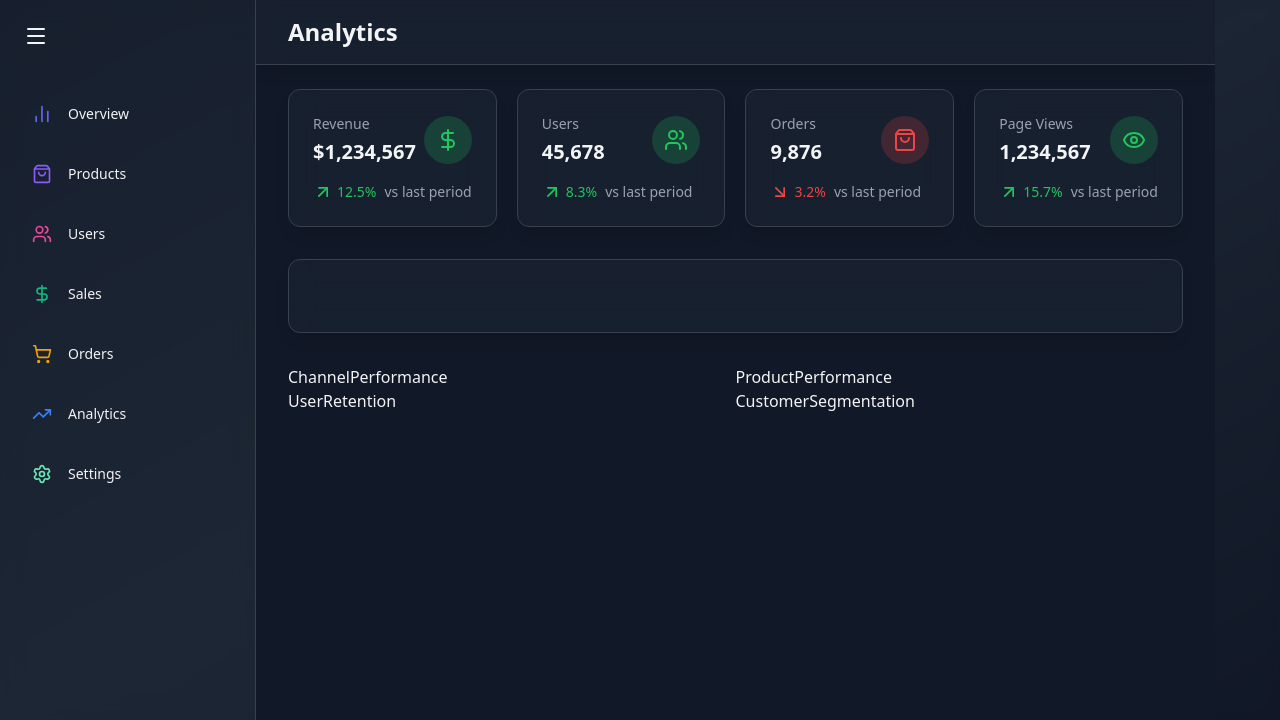
Repository: Abdirabi11/React-dashboard
Page: /analytics
An editor plug-in stored every save of this project. The page is shown before and after the next save, followed by the edit.
The browser window is 1280 px wide. The pictures show the whole page.
The project was rebuilt for these pictures with package versions that can differ from the ones it lists, and the page was loaded fresh each time. Also part of the build but not shown: vite.config.js, src/components/common/StatCard.jsx, src/components/overview/SalesOverviewChart.jsx, src/components/overview/CategoryDistributionChart.jsx, src/components/overview/SalesChannelChart.jsx, src/pages/OverviewPage.jsx, src/components/products/SalesTrendChart.jsx, src/components/products/ProductsTable.jsx and 15 more.

Above is the page before, as saved 2025-07-19 11:21:43.

After the next save:
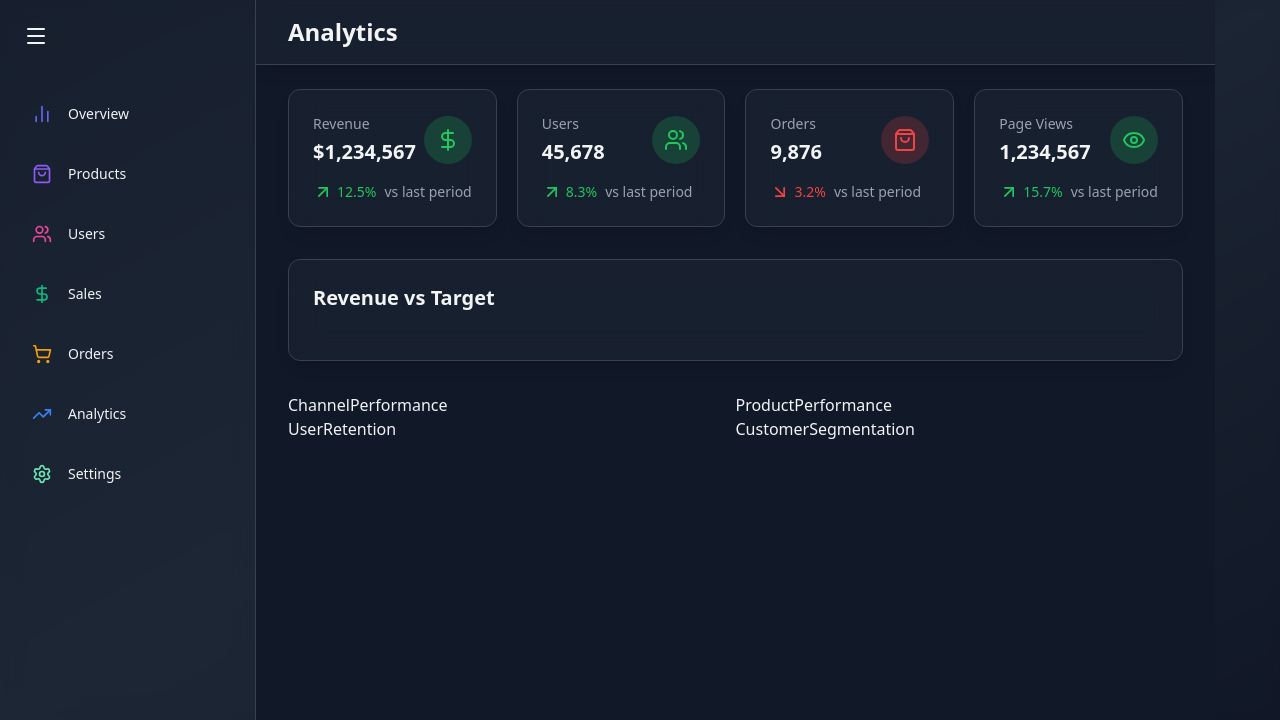
Saved 11 s later.
--- a/src/components/analytics/RevenueChart.jsx
+++ b/src/components/analytics/RevenueChart.jsx
@@ -23,6 +23,7 @@ const RevenueChart = () => {
 			transition={{ delay: 0.2 }}
 		>
       <div className="flex justify-between items-center mb-6">
+      <h2 className='text-xl font-semibold text-gray-100'>Revenue vs Target</h2>
 
       </div>
     </motion.div>
